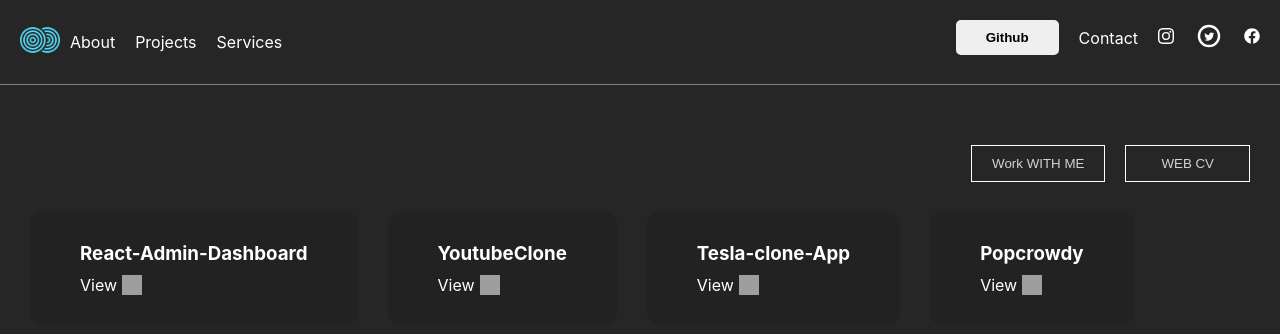
Repository: uh-sman/Portfolio
Page: /projects
An editor plug-in stored every save of this project. The page is shown before and after the next save, followed by the edit.
The browser window is 1280 px wide. The pictures show the whole page.
Pictures or frames that could not be fetched are drawn as grey boxes. The project was rebuilt for these pictures with package versions that can differ from the ones it lists, and the page was loaded fresh each time. Also part of the build but not shown: src/components/about.css, src/components/About.jsx, src/components/services.css, src/components/Services.jsx.

Above is the page before, as saved 2022-11-27 20:50:59.

### src/index.js
import React from "react";
import ReactDOM from "react-dom/client";
import { BrowserRouter } from "react-router-dom";
import "./index.css";
import App from "./App";

const root = ReactDOM.createRoot(document.getElementById("root"));
root.render(
  <BrowserRouter>
    <React.StrictMode>
      <App />
    </React.StrictMode>
  </BrowserRouter>
);

### src/App.js
import "./App.css";
import { Index } from "./components/index";
import { Route, Routes } from "react-router-dom";
import About from "./components/About";
import "animate.css";
import Projects from "./components/Projects";
import Services from "./components/Services";
// import Services from "./components/Services";
function App() {
  return (
    <div className="App">
      <Index />
      <Routes>
        <Route path="/" element={<About />} />
        <Route path="/projects" element={<Projects />} />
        <Route path="/services" element={<Services />} />
      </Routes>
    </div>
  );
}

export default App;

### src/App.css
* {
  margin: 0px;
  padding: 0px;
  box-sizing: border-box;
  text-decoration: none;
  list-style: none;
}
body {
  /* background: rgb(2, 0, 36);
  background: linear-gradient(
    90deg,
    rgba(2, 0, 36, 1) 0%,
    rgba(4, 14, 33, 1) 90%,
    rgba(5, 52, 61, 1) 100%
  ); */
  background: #262626;
}

### src/components/index.js
import React from "react";
import { Navbar } from "./Navbar";
import { Route, Routes } from "react-router-dom";
export const Index = () => {
  return (
    <div>
      <Navbar />
    </div>
  );
};

### src/components/Projects.jsx
import React from "react";
import RepositoriesCard from "./RepositoriesCard";
import "./projects.css";
const Projects = () => {
  return (
    <div>
      <div className="about-section">
        <div className="about-card">
          <div className="about-button">
            <button className="btn1">Work WITH ME</button>
            <button className="btn2">WEB CV</button>
          </div>
        </div>
        <div>
          <RepositoriesCard />
        </div>
      </div>
    </div>
  );
};

export default Projects;

### src/components/Navbar.jsx
import React, { useState } from "react";
import { Link } from "react-router-dom";
import logo from "../assets/ico.png";
import "./navbar.css";
import { Profile } from "./Profile";
export const Navbar = () => {
  const [active, isActive] = useState(false);
  // Get the container element
  // const activeLink = document.querySelector("nav-list");
  // const style = {
  //   backgroundColor: "red",
  //   width: "100%",
  //   height: "100%",
  // };
  // Get all buttons with class="btn" inside the container
  // const btnActive = activeLink.getElementsByClassName("btn");
  // Loop through the buttons and add the active class to the current/clicked button
  // for (var i = 0; i < btnActive.length; i++) {
  //   btnActive[i].addEventListener("click", function () {
  //     var currentMode = document.getElementsByClassName("active");
  //     currentMode[0].className = currentMode[0].className.replace("active", "");
  //     this.className += "active";
  //   });
  // }
  // activeLink.addEventListener()
  return (
    <div>
      <nav className="navbar-container">
        <div className="navbar">
          <div className="navbar-nav">
            <div>
              <a>
                <img src={logo} className="logo" />
              </a>
            </div>
            <ul className="nav-list">
              <Link to="/">
                <a href="">About</a>
              </Link>
              <Link to="/projects">
                <a href="">Projects</a>
              </Link>
              <Link to="/services" className="btn">
                <a href="">Services</a>
              </Link>
            </ul>
          </div>
          <div>
            <Profile />
          </div>
        </div>
      </nav>
    </div>
  );
};

### src/components/RepositoriesCard.jsx
import React from "react";
import "./repositories.css";
import hand from "../assets/hand-right.png";
import { repositories } from "./repositories";
const RepositoriesCard = () => {
  return (
    <div>
      <div className="card-container">
        {repositories.map(({ id, title, link }) => {
          return (
            <div className="card-content" key={id}>
              <h3>{title}</h3>
              <a href={link}>
                View
                <img src={hand} />
              </a>
            </div>
          );
        })}
      </div>
    </div>
  );
};

export default RepositoriesCard;

### src/components/projects.css
.about-section {
  color: white;
  margin: 60px 30px;
}

.about-card {
  justify-content: flex-end;
  display: flex;
}
.btn1 {
  color: lightgray;
  text-align: center;
  background: #262626;
  padding: 10px 20px;
  border: 1px solid white;
}
.btn2 {
  color: lightgray;
  text-align: center;
  margin-left: 20px;
  background: #262626;
  padding: 10px 35px;
  border: 1px solid white;
}

### src/components/navbar.css
.nav-list {
  display: flex;
  align-items: center;
  gap: 20px;
}
.nav-list a {
  color: white;
}
.navbar {
  margin: 20px 20px;
  display: flex;
  justify-content: space-between;
}
.navbar-nav {
  display: flex;
  gap: 10px;
}
.logo {
  width: 40px;
  height: 40px;
  color: white;
}
.navbar-container {
  border-bottom: 0.5px solid gray;
}
/* .btn {
  border: transparent;
  outline: none;
  background: rgba(2, 0, 36, 1) 0%;
} */
/* .active, */
/* .btnSelect:hover {
  border: none;
  border-bottom: 1px solid lightblue;
  cursor: pointer;
} */

@media only screen and (min-width: 200px) and (max-width: 950px) {
  .nav-list {
    display: none;
  }
}

### src/components/Profile.js
import React, { useState } from "react";
import { SiFacebook } from "react-icons/si";
import { FaWhatsapp, FaFacebook, FaRegWindowClose } from "react-icons/fa";
import { TiSocialTwitterCircular } from "react-icons/ti";
import { Link } from "react-router-dom";
import { BsInstagram } from "react-icons/bs";
import burger from "../assets/burger-menu.png";
import close from "../assets/icons8.png";

import "animate.css";
import "./profile.css";
export const Profile = () => {
  const [isActive, setIsActive] = useState(false);
  const style = {};

  return (
    <div>
      <div>
        <section className="profile-section ">
          <button className="button">
            <a>Github</a>
          </button>
          <a>Contact</a>
          <a>
            <BsInstagram />
          </a>
          <a>
            <TiSocialTwitterCircular className="twitter" />
          </a>
          <a>
            <FaFacebook />
          </a>
        </section>
        {isActive ? (
          <div className="sidebar-container">
            <div>
              <FaRegWindowClose
                className="close"
                onClick={() => setIsActive(!isActive)}
              />
              {/* <img src={close} /> */}
            </div>
            <section className="sidebar-section ">
              <ul className="links">
                <Link to="/">
                  <a href="">About</a>
                </Link>
                <Link to="/projects">
                  <a href="">Projects</a>
                </Link>
                <Link to="/services">
                  <a href="">Services</a>
                </Link>
                <button className="button">
                  <a className="link">Github</a>
                </button>
                <a>Contact</a>
              </ul>
              <ul className="link-icons">
                <a>
                  <BsInstagram className="instagram" />
                </a>
                <a>
                  <TiSocialTwitterCircular className="twitter" />
                </a>
                <a>
                  <FaFacebook className="facebook" />
                </a>
              </ul>
            </section>
          </div>
        ) : (
          <div>
            <img
              src={burger}
              className="burger-menu"
              onClick={() => setIsActive(!isActive)}
            />
          </div>
        )}
      </div>
    </div>
  );
};

### src/components/repositories.css
.card-content {
  border-radius: 12px;

  padding: 20px 80px;
  background: #222222;
  padding: 30px 50px;
}
.card-container {
  /* display: grid; */
  display: flex;
  gap: 30px;
  margin: 30px 0px;
}
.card-content a {
  padding-top: 10px;
  display: flex;
  align-items: center;
  gap: 5px;
  color: white;
}
.card-content a img {
  width: 20px;
  height: 20px;
}
.card-content a:hover {
  border-bottom: 1px solid gray;
  width: 50px;
}
.icon-right {
  color: yellow;
}
.card-content:hover {
  background-color: white;
  color: black;
}
.card-content:hover a {
  transition-delay: 8000;
  color: black;
}
@media only screen and (max-width: 950px) {
  .card-container {
    flex-direction: column;
  }
}

### src/components/repositories.js
export const repositories = [
  {
    id: 1,
    link: "https://github.com/uh-sman/React-Admin-Dashboard",
    title: "React-Admin-Dashboard",
  },
  {
    id: 2,
    link: "https://github.com/uh-sman/YoutubeClone",
    title: "YoutubeClone",
  },
  {
    id: 3,
    link: "https://github.com/uh-sman/Tesla-clone-App",
    title: "Tesla-clone-App",
  },
  {
    id: 4,
    link: "https://github.com/uh-sman/Popcrowdy",
    title: "Popcrowdy",
  },
];

### src/components/profile.css
.profile-section {
  display: flex;
  gap: 20px;
  align-items: center;
  color: white;
}
.links {
  display: flex;
  flex-direction: column;
  /* display: flex; */
  align-items: center;
  gap: 20px;
}
.links a {
  color: white;
}
.sidebar-container {
  /* display: inline-block; */
  /* margin: 0 0.5rem; */
  /* animation: slideInRight 2s; */
  /* animation-duration: 2s; */
  border-top-left-radius: 10px;
  border-bottom-left-radius: 10px;
  height: 100%;
  width: 40%;
  top: 0px;
  right: 0px;
  background-color: #222222;
  position: fixed;
}
.burger-menu {
  width: 30px;
  height: 30px;
}
.close {
  color: white;
  width: 30px;
  height: 30px;
  margin-left: 10px;
  margin-top: 4px;
}
.button {
  padding: 10px 30px;
  box-shadow: gray;
  border: none;
  font-weight: 700;
  border-radius: 5px;
}
.button a {
  color: black;
}
.link-icons {
  margin-top: 20px;
  display: flex;
  align-items: center;
  gap: 10px;
}
.instagram {
  font-size: 20px;
}
.facebook {
  font-size: 20px;
}
.twitter {
  font-size: 30px;
}

@media only screen and (min-width: 200px) and (max-width: 950px) {
  .profile-section {
    display: none;
  }
}
@media only screen and (min-width: 950px) {
  .burger-menu {
    display: none;
  }
}
.sidebar-section {
  margin-top: 40%;
  justify-content: center;
  display: flex;
  flex-direction: column;
  align-items: center;
  color: white;
}
/* animate__slideInRight */

Loaded but not shown: public/index.html (common file); src/index.css (common file)

After the next save:
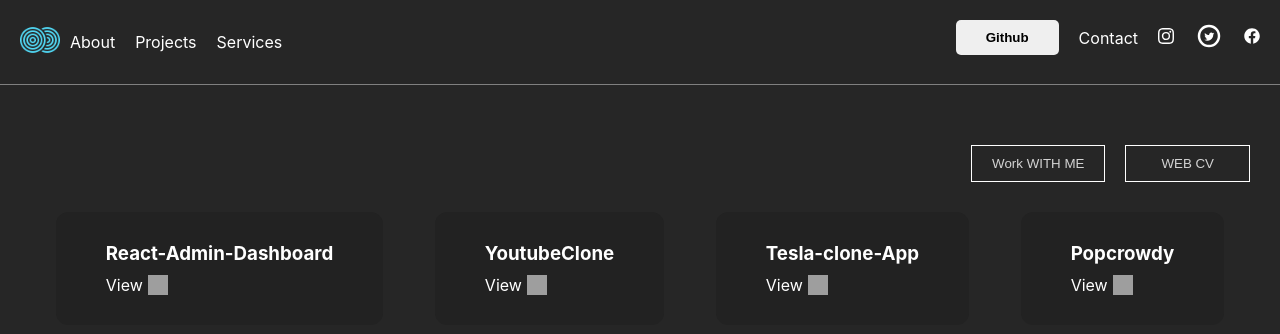
Saved 25 s later.
--- a/src/components/repositories.css
+++ b/src/components/repositories.css
@@ -8,7 +8,7 @@
 .card-container {
   /* display: grid; */
   display: flex;
-  gap: 30px;
+  justify-content: space-around;
   margin: 30px 0px;
 }
 .card-content a {
